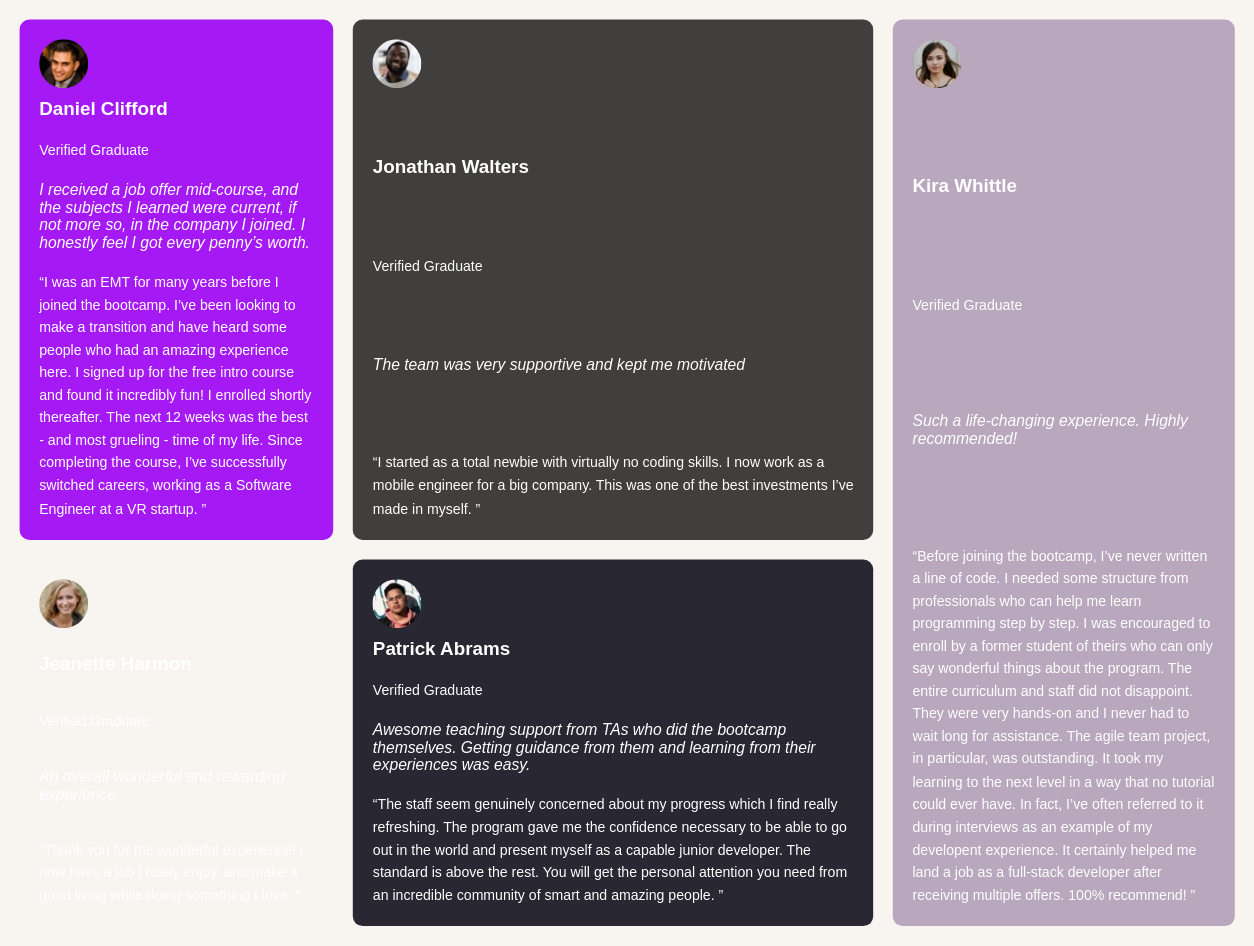
Repository: MagedElRefaey/Grid-Project
Page: Task.html
An editor plug-in stored every save of this project. The page is shown before and after a run of saves, followed by the edit.
The browser window is 1280 px wide. The pictures show the whole page, at 98% of full size.

Above is the page before, as saved 2024-09-13 23:04:20.

### Task.html
<!DOCTYPE html>
<html lang="en">
<head>
    <link rel ="stylesheet" href="./Style.css">
    <meta charset="UTF-8">
    <meta name="viewport" content="width=device-width, initial-scale=1.0">
    <title>Document</title>
</head>
<body>
    <div class="Container">
        <div class="Card David"> <img src = "images/image-daniel.jpg">

            <h3>Daniel Clifford</h3>
            <p>Verified Graduate</p>
            <blockquote>
            I received a job offer mid-course, and the subjects I learned were current, if not more so,
            in the company I joined. I honestly feel I got every penny’s worth.</blockquote>

            <p>“I was an EMT for many years before I joined the bootcamp. I’ve been looking to make a
            transition and have heard some people who had an amazing experience here. I signed up
            for the free intro course and found it incredibly fun! I enrolled shortly thereafter.
            The next 12 weeks was the best - and most grueling - time of my life. Since completing
            the course, I’ve successfully switched careers, working as a Software Engineer at a VR startup. ”</p></div>
        <div class="Card Jonathan"><img src = "images/image-jonathan.jpg">
            <h3>Jonathan Walters</h3>
            <p>Verified Graduate</p>

            <blockquote>The team was very supportive and kept me motivated</blockquote>

            <p>“I started as a total newbie with virtually no coding skills. I now work as a mobile engineer
            for a big company. This was one of the best investments I’ve made in myself. ”</p></div>
        <div class="Card Jeanette"> <img src = "images/image-jeanette.jpg">
            <h3>Jeanette Harmon</h3>
            <p>Verified Graduate</p>

            <blockquote>An overall wonderful and rewarding experience</blockquote>

            <p>“Thank you for the wonderful experience! I now have a job I really enjoy, and make a good living
            while doing something I love. ” </p> </div>

        <div class="Card Patrick"><img src="images/image-patrick.jpg">
            <h3>Patrick Abrams</h3>
            <p>Verified Graduate</p>

            <blockquote>Awesome teaching support from TAs who did the bootcamp themselves. Getting guidance from them and
            learning from their experiences was easy.</blockquote>

            <p>“The staff seem genuinely concerned about my progress which I find really refreshing. The program
            gave me the confidence necessary to be able to go out in the world and present myself as a capable
            junior developer. The standard is above the rest. You will get the personal attention you need from
            an incredible community of smart and amazing people. ”</p>
           </div>
        <div class="Card Kira"><img src="images/image-kira.jpg">
            <h3>Kira Whittle</h3>
            <p>Verified Graduate</p>

            <blockquote>Such a life-changing experience. Highly recommended!</blockquote>

            <p>“Before joining the bootcamp, I’ve never written a line of code. I needed some structure from
            professionals who can help me learn programming step by step. I was encouraged to enroll by a former
            student of theirs who can only say wonderful things about the program. The entire curriculum and staff
            did not disappoint. They were very hands-on and I never had to wait long for assistance. The agile team
            project, in particular, was outstanding. It took my learning to the next level in a way that no tutorial
            could ever have. In fact, I’ve often referred to it during interviews as an example of my developent
            experience. It certainly helped me land a job as a full-stack developer after receiving multiple offers.
            100% recommend! ”</p> </div>
    </div>
</body>
</html>

### Style.css
*{
    margin:0;
    padding: 0;
    box-sizing: border-box;
    font-family: Arial, sans-serif;
}
body{
    background-color: rgb(248, 245, 240);
    padding: 20px;
}
.Container {
    display: grid;
    grid-template-columns: repeat(4,1fr);
    grid-template-columns: auto auto;
    grid-template-areas: "David  Jonathan Jonathan Kira"
                        "Jeanette Patrick Patrick Kira";
    gap: 20px;
}
.Card{
    padding: 20px;
    border-radius: 10px;
    color: white;
    display: flex;
    flex-direction: column;
    justify-content: space-between;
    align-items: start;
    gap: 10px;
}
.Card img{
    width: 50px;
    height: 50px;
    border-radius: 50%;
    object-fit: cover;

}
.David{
    grid-area:David;
    /* height: 100%;
    width: 100%;
    border: 3px solid black; */
    /* padding: 20px 0; */
    background-color: #9c00f7e5;
}
.Jonathan{
    grid-area:Jonathan;
    /* height: 100%;
    width: 100%;
    border: 3px solid black; */
    /* padding: 20px 0; */
    background-color: #1d1c1bd5;
}
.Jeantette{
    grid-area:Jeanette;
    /* height: 100%;
    width: 100%;
    border: 3px solid black; */
    /* padding: 20px 0; */
    background-color: #830ee2e5;
}
.Patrick{
    grid-area:Patrick;
    /* height: 100%;
    width: 100%;
    border: 3px solid black; */
    /* padding: 20px 0; */
    background-color: #11101de5;
}
.Kira{
    grid-area:Kira;
    /* height: 100%;
    width: 100%;
    border: 3px solid black; */
    /* padding: 20px 0; */
    background-color: #b39fb9e5;
}
h3{
    margin-bottom: 10px;
    font-size: 1.2rem;
}
p{
    font-size: 0.9rem;
    line-height: 1.6;

}
blockquote {
font-style: italic;
color: white;
margin: 10px 0;
}

After the next 4 saves:
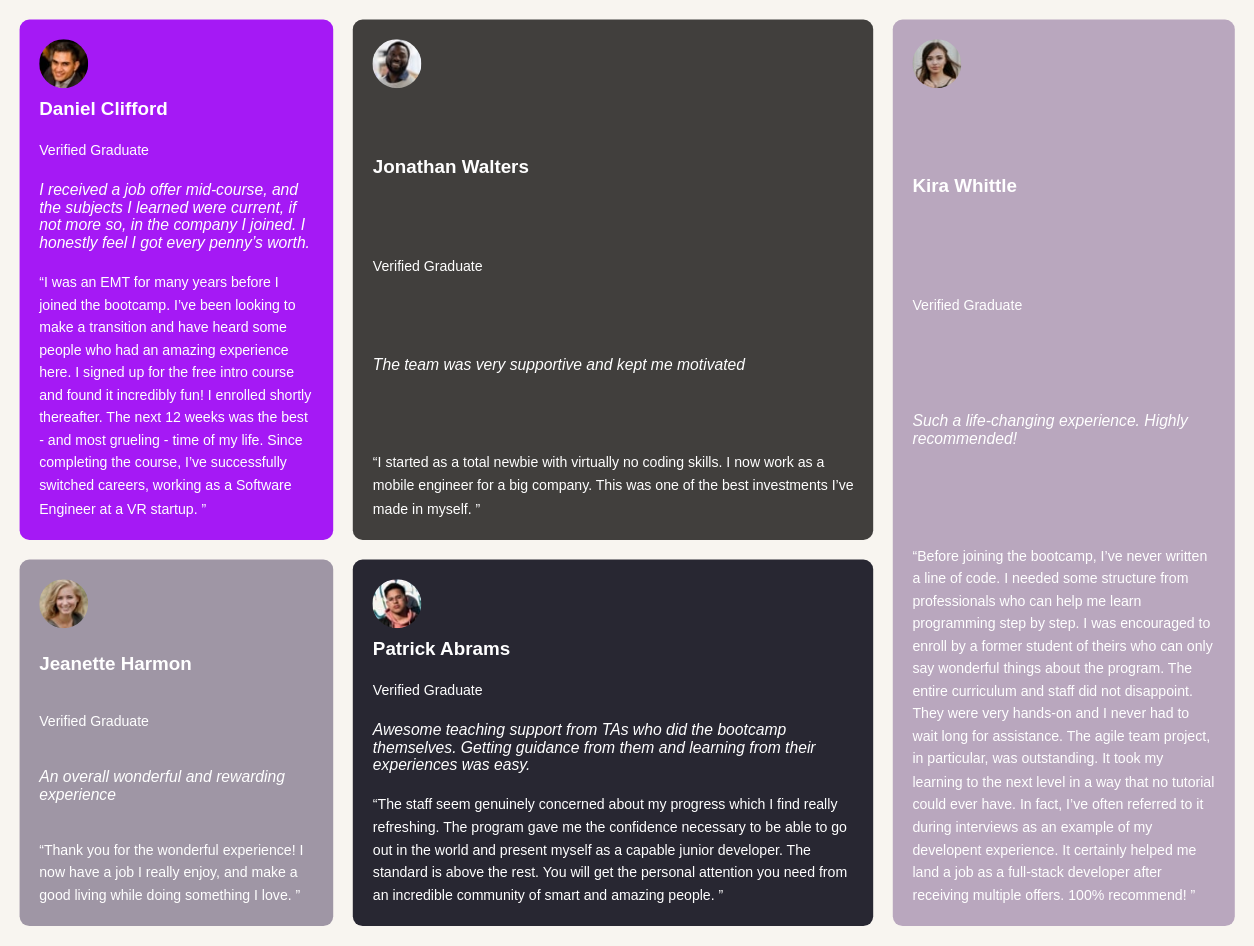
The 4 saves are shown as one change because they came seconds apart.
The last was saved 23 s later.
--- a/Style.css
+++ b/Style.css
@@ -49,13 +49,13 @@ body{
     /* padding: 20px 0; */
     background-color: #1d1c1bd5;
 }
-.Jeantette{
+.Jeanette{
     grid-area:Jeanette;
     /* height: 100%;
     width: 100%;
     border: 3px solid black; */
     /* padding: 20px 0; */
-    background-color: #830ee2e5;
+    background-color: #968c9ee5;
 }
 .Patrick{
     grid-area:Patrick;
